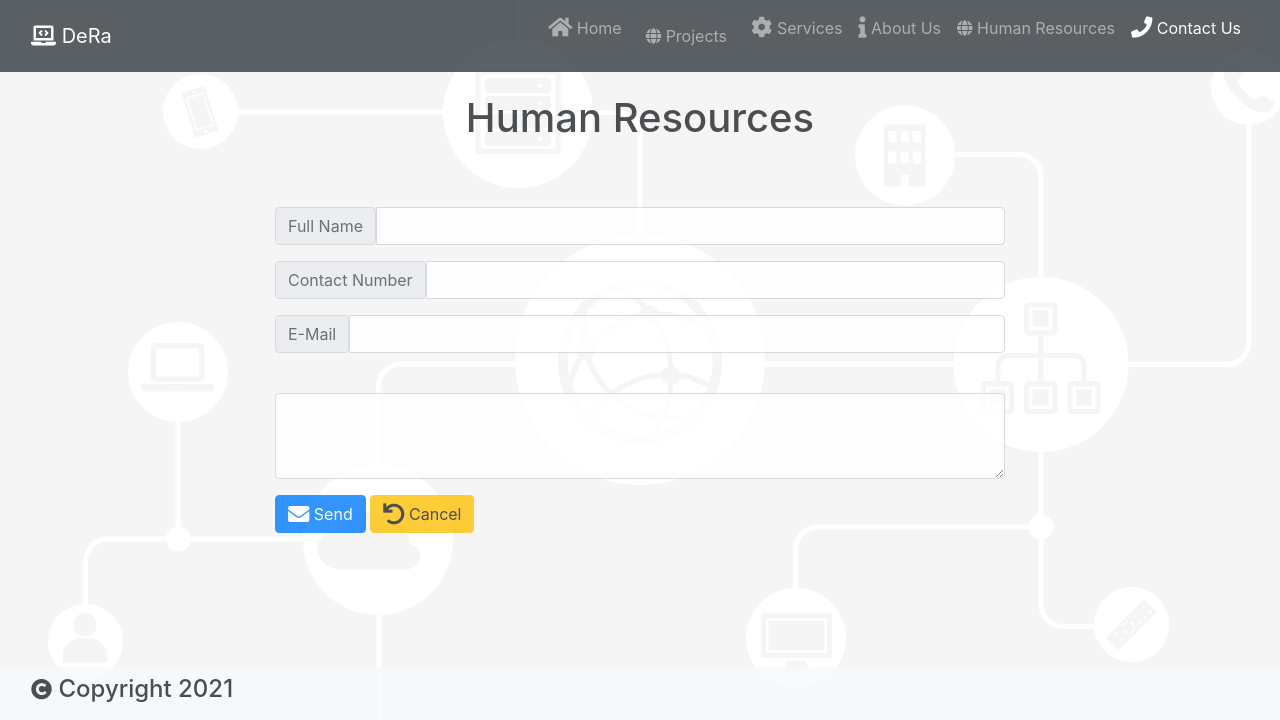
Repository: deividwsantoss/web6201-Lab1
Page: hr.html
The author's editor kept a copy of each file at every save. The page is drawn from the files as they stood at one save, then again after the next save.
The browser window is 1280 px wide. The pictures show the whole page.

Above is the page before, as saved 2021-02-04 15:27:46.
Console error: TypeError: Cannot set properties of null (setting 'innerHTML')

### hr.html
<!DOCTYPE html>
<html lang="en">
<head>
    <meta charset="UTF-8">
    <meta name="viewport" content="width=device-width, initial-scale=1.0">
    <title>Contact</title>
</head>
<!-- CSS SECTION-->
<link rel="stylesheet" href="./node_modules/bootstrap/dist/css/bootstrap.min.css">
<link rel="stylesheet" href="./node_modules/@fortawesome/fontawesome-free/css/all.min.css">
<link rel="stylesheet" href="./Content/app.css">

<body class="contactimage">
    <!-- Main Header-->
    <header>
        <nav class="navbar navbar-expand-lg navbar-dark bg-dark">
            <div class="container-fluid">
              <a class="navbar-brand" href="Index.html"><i class="fas fa-laptop-code"></i> DeRa</a>
              <button class="navbar-toggler" type="button" data-bs-toggle="collapse" data-bs-target="#navbarSupportedContent" aria-controls="navbarSupportedContent" aria-expanded="false" aria-label="Toggle navigation">
                <span class="navbar-toggler-icon"></span>
              </button>
              <div class="collapse navbar-collapse" id="navbarSupportedContent">
                <ul id="mainUl" class="navbar-nav ml-auto mb-2 mb-lg-0">
                  <li class="nav-item">
                    <a class="nav-link " aria-current="page" href="Index.html"><i class="fas fa-home fa-lg"></i> Home</a>
                  </li>
                  <li class="nav-item">
                    <a id="prod" class="nav-link" aria-current="page" href="products.html"><i class="fas fa-globe fa-lg"></i> Products</a>
                  </li>
                  <li class="nav-item">
                    <a class="nav-link" aria-current="page" href="services.html"><i class="fas fa-cog fa-lg"></i> Services</a>
                  </li>
                  <li class="nav-item">
                    <a class="nav-link" aria-current="page" href="about.html"><i class="fas fa-info fa-lg"></i> About Us</a>
                  </li>
                  <li class="nav-item">
                    <a class="nav-link active" aria-current="page" href="contact.html"><i class="fas fa-phone fa-lg"></i> Contact Us</a>
                  </li>

                </ul>

              </div>
            </div>
          </nav>

    </header>


    <!-- Main Content-->
    <main class="container">
      <h1 class="text-center"> Human Resources</h1>
      <div id="messageArea" class="alert alert-danger text-center" role="alert"></div>

      </div>


        <div class="row justify-content-lg-center g-3" >
        <form id="formId" class="col-lg-8 col-md-8 col-sm-10">


          <div class="input-group mb-3">
            <span class="input-group-text" id="inputGroup-sizing-default">Full Name</span>
            <input id="fullName" type="text" class="form-control" aria-label="Full Name" aria-describedby="Full Name Input" name="fullName" required>
          </div>

          <div class="input-group mb-3">
            <span class="input-group-text" id="inputGroup-sizing-default">Contact Number</span>
            <input id="contactNumber" type="tel" class="form-control" aria-label="Full Name" aria-describedby="Full Name Input" name="contactNumber" required>
          </div>

          <div class="input-group mb-3">
            <span class="input-group-text" id="inputGroup-sizing-default">E-Mail</span>
            <input id="emailAddress" type="email" class="form-control" aria-label="E-mail Address" aria-describedby="Email Address Input" name="emailAddress" required>
          </div>
          <div class="mb-3">
            <label for="exampleFormControlTextarea1" class="form-label"></label>
            <textarea id="shortMessage" class="form-control" id="exampleFormControlTextarea1" rows="3" id="shortMessage" name="shortMessage"></textarea>
          </div>

          <button id="sendButton" type="submit" class="btn btn-primary"><i class="fas fa-envelope fa-lg" action=""></i>  Send</button>
          <button id="resetButton" type="reset" class="btn btn-warning"><i class="fas fa-undo fa-lg"></i>  Cancel</button>
        </form>
      </div>
    </main>
<!-- Main Footer-->


    <!--- Script Section-->
    <script src="./node_modules/jquery/dist/jquery.min.js"></script>
    <script src="./node_modules/bootstrap/dist/js/bootstrap.bundle.min.js"></script>
    <script src="./Scripts/app.js"></script>
</body>

</html>

### Content/app.css
/* app.js

Author: Deivid Santos   ID: 100731640
Author: S m hasibur Rahman  ID:

Date Completed: 02.04.2021
*/

html{
    height: 100%;
}
body{
    height: 100%;


}
.bg{
    background-image: url("Background-White.jpg");
    background-repeat: no-repeat;
    background-size: cover;
    background-position: center;
    opacity: 0.8;
    height: 100%;
}

.contactimage{
    background-image:url("contactimg.jpg");
    background-repeat: no-repeat;
    background-size: cover;
    background-position: center;
    opacity: 0.8;
}
.productsbg {
    background-image:url("productsbg.jpg");
    background-repeat: no-repeat;
    background-size: cover;
    background-position: center;
    opacity: 0.8;
    height: 778px;
}

.servicesbackgroud{
    height: 1200px;
    background-image:url("services.jpg");
    background-repeat: repeat;
    background-size: cover;
    background-position: center;
    opacity: 0.8;


}
.aboutus{
    background-image:url("bgimage.jpg");
    background-repeat: no-repeat;
    background-size: cover;
    background-position: center;
    opacity: 0.8;
}

#paragraphOne {
    color: black;
    font-size: 220%;
    margin-top: 25%;
    text-shadow: 2px 2px 4px #000;
    font-family: cursive;
    font-weight: bold;

}
h1{
    margin-top: 2%;
}

#custompg{
    width: 400px;

}

#projectsImg{
    width: 150px;
    margin-top: 10%;
}

#pic{
    width:310px; /* you can use % */
    height: auto;
}
/* */
#formId {
    margin-top: 5%;
}

#aboutmain{
    margin-top: 100px;
}
#dlParagraph{
    margin-top: 10%;
    margin-top: 20%;
    font-size: large;
    font-weight: bold;
}
#scotiaParagraph{
    margin-top: 15%;
    font-size: large;
    font-weight: bold;
}
#canadianParagraph{

}

#mainInformation{
    margin-top: 5%;
    margin-right: 0%;
    margin-left: 0%;
}
#mobileInfo{
    margin-top: 10%;
}

#canadianParagraph {
    margin-top: 15%;
    font-size: large;
    font-weight: bold;
}

### Scripts/app.js
/* app.js

Author: Deivid Santos   ID: 100731640
Author: S m hasibur Rahman  ID:

Date Completed: 02.04.2021
*/


"use strict";

(function(){

    function addHr(){

        let navIn = document.getElementById("mainUl");

        let liCreate = document.createElement('li');

        liCreate.innerHTML = `<a id="prod" class="nav-link" aria-current="page" href="hr.html"><i class="fas fa-globe" name="prod"></i> Human Resources</a>`;

        navIn.insertBefore(liCreate, navIn.getElementsByTagName("li")[4]);

    }

    function addFooter(){


        const body = document.body;
        let footerNav = document.createElement('footer');

        footerNav.innerHTML = `<nav class="navbar fixed-bottom navbar-light bg-light">
        <div class="container-fluid">
          <h4 ><i class="fas fa-copyright fa-sm"></i> Copyright 2021 </h4>
      </div>
        </nav>`

        body.appendChild(footerNav);

    }

    function Projects(){
        let productsElement = document.getElementById("prod");
        let prod = `<a id="prod" class="nav-link" aria-current="page" href="products.html"><i class="fas fa-globe" name="prod"></i> Projects</a>`;


        productsElement.innerHTML = prod;

        let prodNameElement = document.getElementById("prodName");
        let projectName = `<h1 id="prodName" class="text-center">Our Projects</h1>`

        prodNameElement.innerHTML = projectName;
    }
    function displayHome(){
        let paragraphOneText = "Welcome to DeRa Development Website for WebD6201";
        let paragraphOneElement = document.getElementById("paragraphOne");

        paragraphOneElement.textContent = paragraphOneText;
        paragraphOneElement.className = "fs-6 ";
    }
    function displayAbout(){

    }
    function displayProducts(){

        //deloitte
        let dlText = "DeRa is proud for leading the main developing project for DL."
        let dlElement = document.getElementById("dlParagraph");

        dlElement.textContent = dlText;

        //Scotia
        let scotiaText = "Another Big company we are proud to have worked with"
        let scotiaElement = document.getElementById("scotiaParagraph");

        scotiaElement.textContent = scotiaText;
        // Canadian Tire

        let canadianParagraphText = "In 2020 we had the opportunity to work with one of the biggest companies in Canada! ";
        let canadianElement = document.getElementById("canadianParagraph");

        canadianElement.innerText = canadianParagraphText;

    }
    function displayServices(){

        //intro text
        let servicesIntroText = "DeRa Development can provide you the best customized solution for you";
        let servicesIntroElement = document.getElementById("serviceIntro");
        servicesIntroElement.textContent = servicesIntroText;

        // custom dev text
        let customParagraphText = "DeRa Development have been delivering successful custom programs to our clients since the date we were born. \nSince DeRa was born we have seen a rapid change in website technology which we were always able to adapt";
        let customParagraphElement = document.getElementById("customParagraph");

        customParagraphElement.innerText = customParagraphText;

        //mobile text

        let mobileParagraphText = "We have the knowledge and skills to provide you the best quality solution for any kind of device. \nMobile development is one of our strengths.";
        let mobileParagraphElement = document.getElementById("mobileInfo");

        mobileParagraphElement.innerText = mobileParagraphText;

        //design paragraph
        let webDesignParagraphText = "Our high quality design makes the user interaction a whole new journey";
        let webDesignParagraphElement = document.getElementById("DesParagraph");

        webDesignParagraphElement.innerText = webDesignParagraphText;
    }
    function displayContact(){

        let messageArea = document.getElementById("messageArea");
        messageArea.hidden = true;

        //Form Validation...

        let fullName = document.getElementById("fullName");
        fullName.addEventListener("blur", function(){
            if(fullName.value.length < 2){
                fullName.focus;
                fullName.select();
                messageArea.hidden = false;
                messageArea.className = "alert alert-danger";
                messageArea.textContent = "Please, Enter an appropriate name."
            }
            else{
                messageArea.removeAttribute("Class");
                messageArea.hidden = true;
            }
        });

        //validating number
        let contactNumber = document.getElementById("contactNumber");
        contactNumber.addEventListener("blur", function(){

            if(contactNumber.value.length < 10 || contactNumber.value.length > 10 )
            {
                contactNumber.focus;
                contactNumber.select();
                messageArea.hidden = false;
                messageArea.className = "alert alert-danger";
                messageArea.textContent = "Please, Insert a valid Number";
            }
            else {
                messageArea.removeAttribute("Class");
                messageArea.hidden = true;
            }

        });

        // Validating short text
        let shortMessage = document.getElementById("shortMessage");
        shortMessage.addEventListener("blur", function(){

            if(shortMessage.value.length > 50){
                shortMessage.focus;
                shortMessage.select();
                messageArea.hidden = false;
                messageArea.className = "alert alert-danger";
                messageArea.textContent = "Maximum characters allowed (50)";
            }
            else{
                messageArea.removeAttribute("Class");
                messageArea.hidden = true;
            }
        });

        let sendButton = document.getElementById("sendButton");
        sendButton.addEventListener("click", function(event){
            event.preventDefault();
        });
        document.getElementById("sendButton").onclick = function (){
            location.href = "index.html"
        };

    }


    function Start(){
        console.log("App Start...");

        switch (document.title) {

            case 'Home':
                displayHome();
                break;
            case 'About':
                displayAbout();
                break;
            case 'Products':
                displayProducts();
                break;
            case 'Services':
                displayServices();
                break;
            case 'Contact':
                displayContact();
                break;

        }


    }

    window.addEventListener("load",addFooter);
    window.addEventListener("load",Projects);
    window.addEventListener("load",Start);
    window.onload = addHr();

})();

Loaded but not shown: node_modules/bootstrap/dist/css/bootstrap.min.css (library); node_modules/@fortawesome/fontawesome-free/css/all.min.css (library); node_modules/jquery/dist/jquery.min.js (library); node_modules/bootstrap/dist/js/bootstrap.bundle.min.js (library)

After the next save:
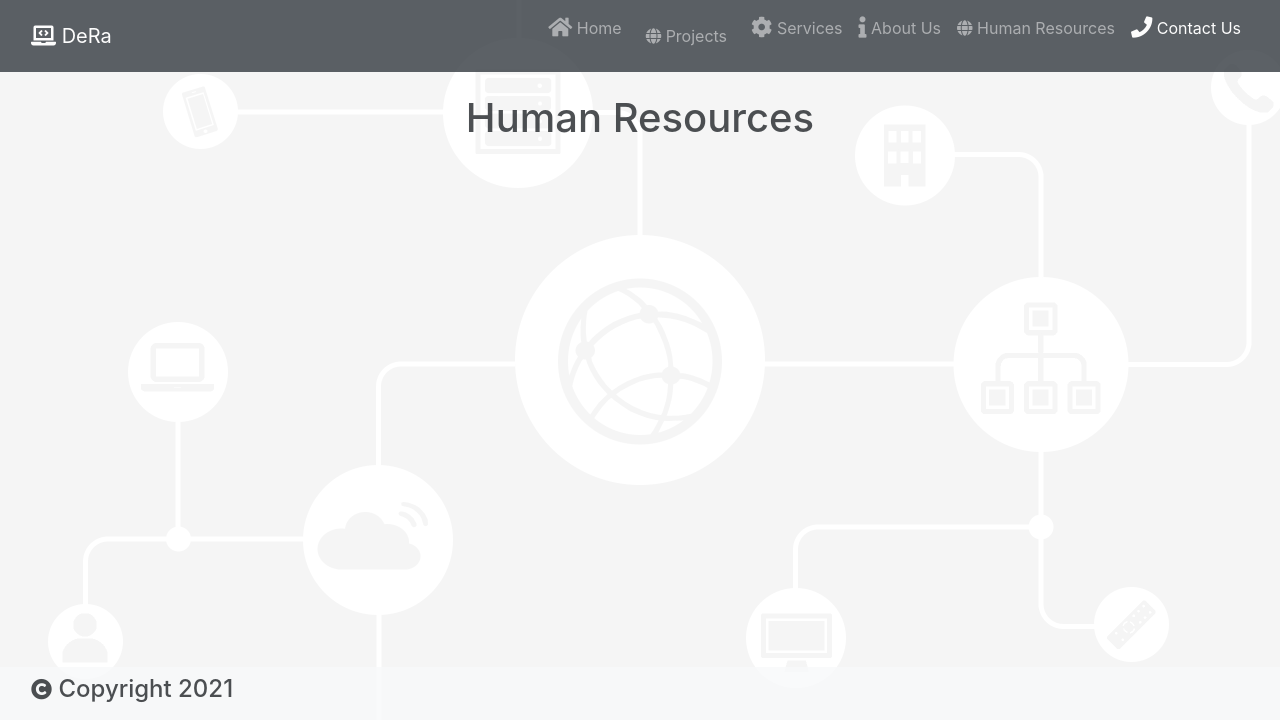
Saved 37 s later.
--- a/hr.html
+++ b/hr.html
@@ -49,38 +49,7 @@
     <!-- Main Content-->
     <main class="container">
       <h1 class="text-center"> Human Resources</h1>
-      <div id="messageArea" class="alert alert-danger text-center" role="alert"></div>
 
-      </div>
-
-
-        <div class="row justify-content-lg-center g-3" >
-        <form id="formId" class="col-lg-8 col-md-8 col-sm-10">
-
-
-          <div class="input-group mb-3">
-            <span class="input-group-text" id="inputGroup-sizing-default">Full Name</span>
-            <input id="fullName" type="text" class="form-control" aria-label="Full Name" aria-describedby="Full Name Input" name="fullName" required>
-          </div>
-
-          <div class="input-group mb-3">
-            <span class="input-group-text" id="inputGroup-sizing-default">Contact Number</span>
-            <input id="contactNumber" type="tel" class="form-control" aria-label="Full Name" aria-describedby="Full Name Input" name="contactNumber" required>
-          </div>
-
-          <div class="input-group mb-3">
-            <span class="input-group-text" id="inputGroup-sizing-default">E-Mail</span>
-            <input id="emailAddress" type="email" class="form-control" aria-label="E-mail Address" aria-describedby="Email Address Input" name="emailAddress" required>
-          </div>
-          <div class="mb-3">
-            <label for="exampleFormControlTextarea1" class="form-label"></label>
-            <textarea id="shortMessage" class="form-control" id="exampleFormControlTextarea1" rows="3" id="shortMessage" name="shortMessage"></textarea>
-          </div>
-
-          <button id="sendButton" type="submit" class="btn btn-primary"><i class="fas fa-envelope fa-lg" action=""></i>  Send</button>
-          <button id="resetButton" type="reset" class="btn btn-warning"><i class="fas fa-undo fa-lg"></i>  Cancel</button>
-        </form>
-      </div>
     </main>
 <!-- Main Footer-->
 
